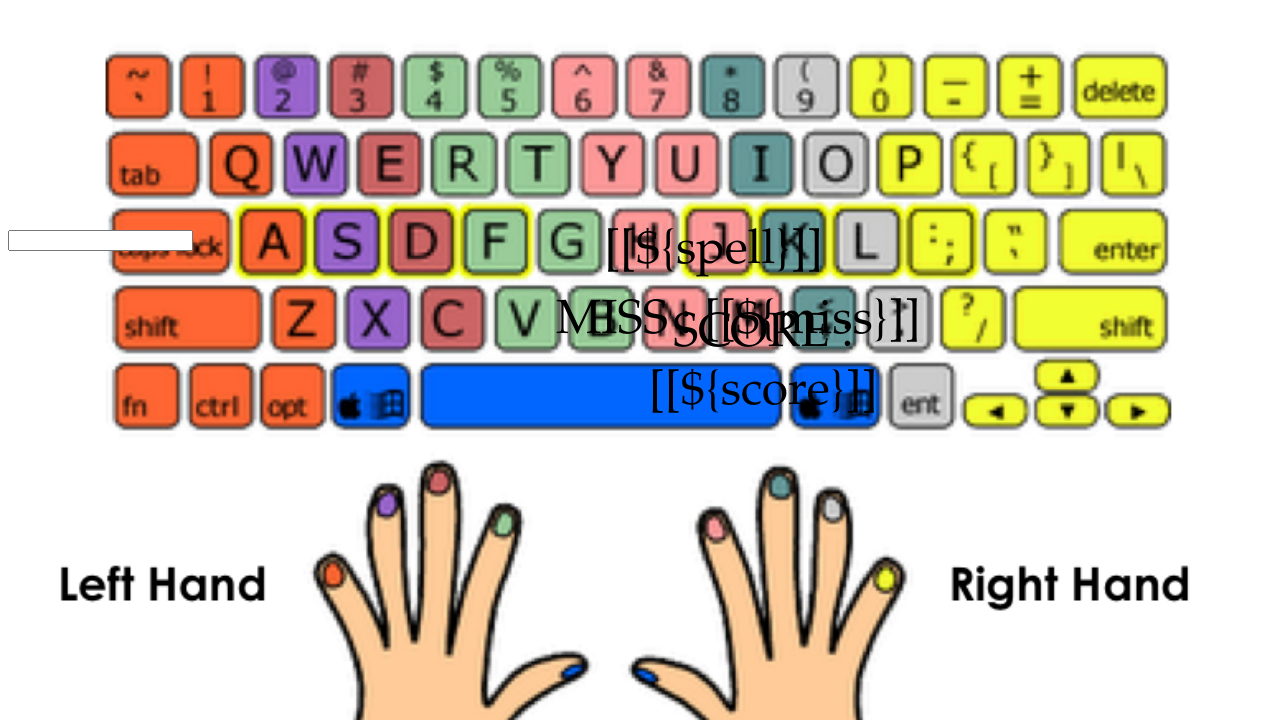
Repository: thaddeas01/typingskill
Page: src/main/resources/templates/single.html
These files come from the project's save history. The page is drawn as it stood at one moment and after the next save; the edit follows.
The browser window is 1280 px wide. The pictures show the whole page.

Above is the page before, as saved 2023-01-14 00:36:23.
Console error: SyntaxError: Unexpected token '{'

### src/main/resources/templates/single.html
<head>
  <title>Game Application by Pentagon</title>
</head>

<body>
  <div id="app"></div>

  <p class="word1"> [[${spell}]]</p>
  <p class="word2"> MISS : [[${miss}]]</p>
  <p class="word3"> SCORE : [[${score}]]</p>
  <form th:action="@{/hantei(prob=${spell},miss=${miss},score=${score})}" method="post">
    <input type="text" name="answer" id="firstinput">
  </form>
</body>

<style>
  body {
      background-image: url('gamebacks.png');
      background-repeat: no-repeat;
      background-size: cover;
    }

    .word1{
      font-size: 3em;
      width: 400px;
      height: 100px;
      font-family: "garamond", serif;
      position: relative;
      text-align: center;
      top: 20%;
      left: 40%;
      display: inline-block;
      margin-top: 1rem;
    }
    .word2{
      font-size: 3em;
      width: 400px;
      height: 100px;
      font-family: "garamond", serif;
      position: relative;
      text-align: center;
      top: 30%;
      left: 10%;
      display: inline-block;
      margin-top: 1rem;
    }
    .word3{
      font-size: 3em;
      width: 400px;
      height: 100px;
      font-family: "garamond", serif;
      position: relative;
      text-align: center;
      top: 40%;
      left: -20%;
      display: inline-block;
      margin-top: 1rem;
    }
  .base-timer {
    position: relative;
    width: 150px;
    height: 150px;
  }

  .base-timer__svg {
    transform: scaleX(-1);
  }

  .base-timer__circle {
    fill: none;
    stroke: none;
  }

  .base-timer__path-elapsed {
    stroke-width: 7px;
    stroke: grey;
  }

  .base-timer__path-remaining {
    stroke-width: 7px;
    stroke-linecap: round;
    transform: rotate(90deg);
    transform-origin: center;
    transition: 1s linear all;
    fill-rule: nonzero;
    stroke: currentColor;
  }

  .base-timer__path-remaining.green {
    color: rgb(65, 184, 131);
  }

  .base-timer__path-remaining.orange {
    color: orange;
  }

  .base-timer__path-remaining.red {
    color: red;
  }

  .base-timer__label {
    position: relative;
    top: -110px;
    width: 150px;
    height: 150px;
    display: flex;
    align-items: flex-start;
    justify-content: center;
    font-size: 48px;
  }
</style>
<script th:inline="javascript">
  const FULL_DASH_ARRAY = 300;
  const WARNING_THRESHOLD = 4;
  const ALERT_THRESHOLD = 2;

  const COLOR_CODES = {
    info: {
      color: "green"
    },
    warning: {
      color: "orange",
      threshold: WARNING_THRESHOLD
    },
    alert: {
      color: "red",
      threshold: ALERT_THRESHOLD
    }
  };

  const TIME_LIMIT = 7;
  let timePassed = 0;
  let timeLeft = TIME_LIMIT;
  let timerInterval = null;
  let remainingPathColor = COLOR_CODES.info.color;
  var miss = [[${ miss }]];
  var score = [[${ score }]];

  document.getElementById("app").innerHTML = `
<div class="base-timer">
  <svg class="base-timer__svg" viewBox="0 0 100 100" xmlns="http://www.w3.org/2000/svg">
    <g class="base-timer__circle">
      <circle class="base-timer__path-elapsed" cx="50" cy="50" r="45"></circle>
      <path
        id="base-timer-path-remaining"
        stroke-dasharray="283"
        class="base-timer__path-remaining ${remainingPathColor}"
        d="
          M 50, 50
          m -45, 0
          a 45,45 0 1,0 90,0
          a 45,45 0 1,0 -90,0
        "
      ></path>
    </g>
  </svg>
  <span id="base-timer-label" class="base-timer__label">${formatTime(
    timeLeft
  )}</span>
</div>
`;
  document.getElementById('firstinput').focus();
  startTimer();

  function startTimer() {
    timerInterval = setInterval(() => {
      timePassed = timePassed += 1;
      timeLeft = TIME_LIMIT - timePassed;
      document.getElementById("base-timer-label").innerHTML = formatTime(
        timeLeft
      );
      setCircleDasharray();
      setRemainingPathColor(timeLeft);

      if (timeLeft === 0) {
        clearInterval(timerInterval);
        setTimeout(function () {
          location.href = "/timeout?miss=" + miss + "&score=" + score
        }, 0);
      }
    }, 1000);
  }

  function formatTime(time) {
    const minutes = Math.floor(time / 60);
    let seconds = time % 60;

    if (seconds < 10) {
      seconds = `0${seconds}`;
    }

    return `${minutes}:${seconds}`;
  }

  function setRemainingPathColor(timeLeft) {
    const { alert, warning, info } = COLOR_CODES;
    if (timeLeft <= alert.threshold) {
      document
        .getElementById("base-timer-path-remaining")
        .classList.remove(warning.color);
      document
        .getElementById("base-timer-path-remaining")
        .classList.add(alert.color);
    } else if (timeLeft <= warning.threshold) {
      document
        .getElementById("base-timer-path-remaining")
        .classList.remove(info.color);
      document
        .getElementById("base-timer-path-remaining")
        .classList.add(warning.color);
    }
  }

  function calculateTimeFraction() {
    const rawTimeFraction = timeLeft / TIME_LIMIT;
    return rawTimeFraction - (1 / TIME_LIMIT) * (1 - rawTimeFraction);
  }

  function setCircleDasharray() {
    const circleDasharray = `${(
      calculateTimeFraction() * FULL_DASH_ARRAY
    ).toFixed(0)} 283`;
    document
      .getElementById("base-timer-path-remaining")
      .setAttribute("stroke-dasharray", circleDasharray);
  }
</script>

After the next save:
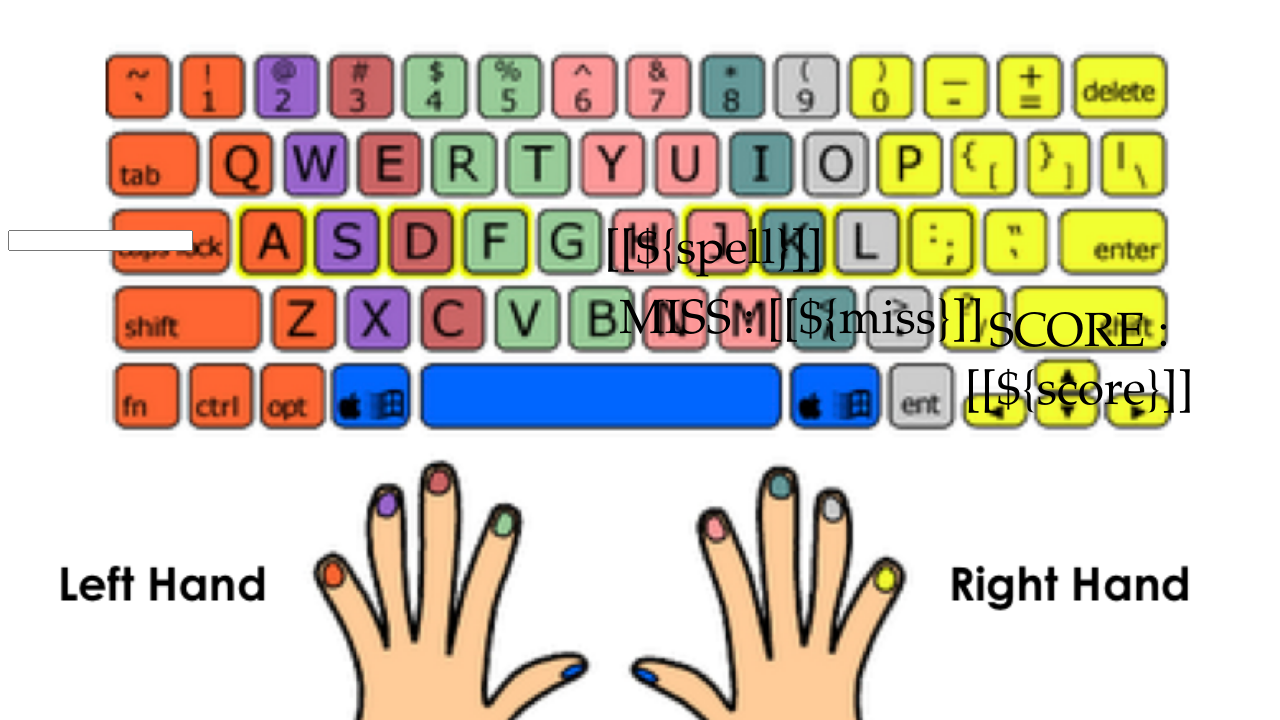
Saved 65 s later.
--- a/src/main/resources/templates/single.html
+++ b/src/main/resources/templates/single.html
@@ -40,7 +40,7 @@
       position: relative;
       text-align: center;
       top: 30%;
-      left: 10%;
+      left: 15%;
       display: inline-block;
       margin-top: 1rem;
     }
@@ -52,7 +52,7 @@
       position: relative;
       text-align: center;
       top: 40%;
-      left: -20%;
+      left: 5%;
       display: inline-block;
       margin-top: 1rem;
     }
